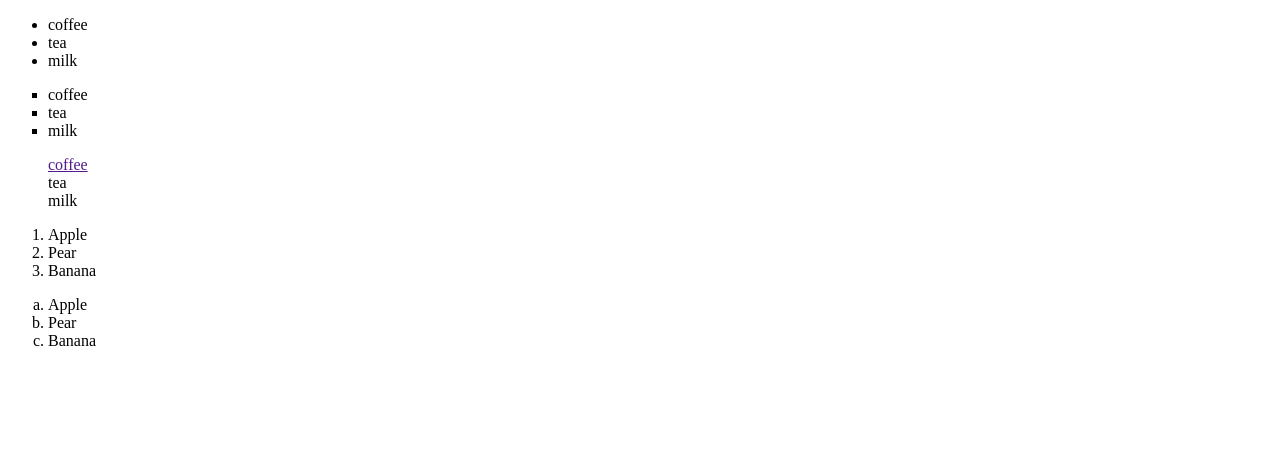
Repository: Jv2020/bitcamp
Page: html/sample03/WebContent/index.html
These files come from the project's save history. The page is drawn as it stood at one moment and after the next save; the edit follows.
The browser window is 1280 px wide. The pictures show the whole page.

Above is the page before, as saved 2020-01-03 00:49:58.

### html/sample03/WebContent/index.html
<!DOCTYPE html>
<html>
<head>
<meta charset="UTF-8">
<title>Insert title here</title>
</head>
<body>
<!-- list -->
<ul style="list-style-type:disc;">
	<li>coffee</li>
	<li>tea</li>
	<li>milk</li>
</ul>

<ul style="list-style-type:square;">
	<li>coffee</li>
	<li>tea</li>
	<li>milk</li>
</ul>

<ul style="list-style-type:none;">
	<li><a href="">coffee</a></li>
	<li>tea</li>
	<li>milk</li>
</ul>

<ol> <!-- 순서가 있는 목록 -->
	<li>Apple</li>
	<li>Pear</li>
	<li>Banana</li>
</ol>


<ol type="a">
	<li>Apple</li>
	<li>Pear</li>
	<li>Banana</li>
</ol>


</body>
</html>

After the next save:
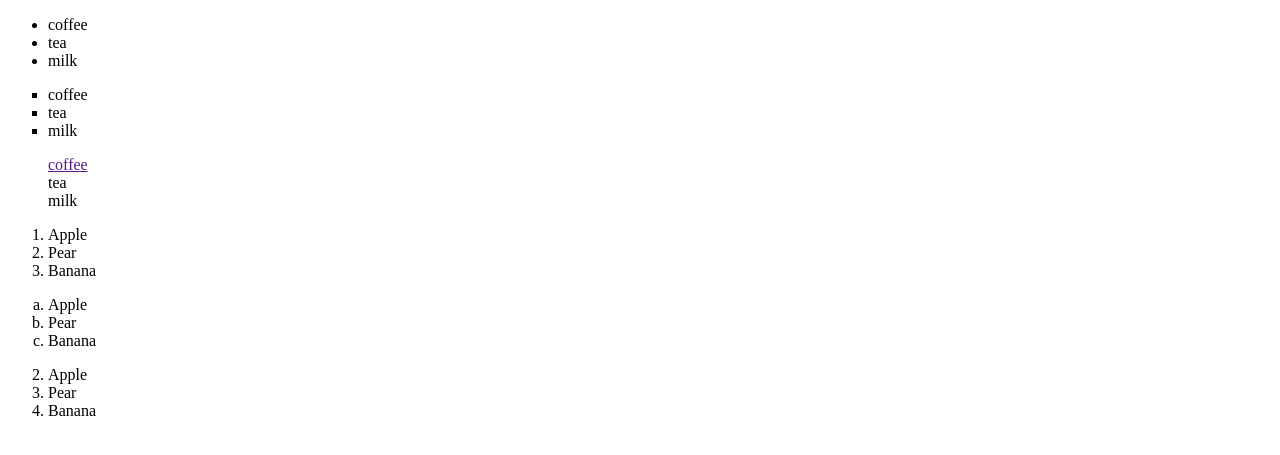
Saved 75 s later.
--- a/html/sample03/WebContent/index.html
+++ b/html/sample03/WebContent/index.html
@@ -37,6 +37,12 @@
 	<li>Banana</li>
 </ol>
 
+<ol start="2">
+	<li>Apple</li>
+	<li>Pear</li>
+	<li>Banana</li>
+</ol>
+
 
 </body>
 </html>
